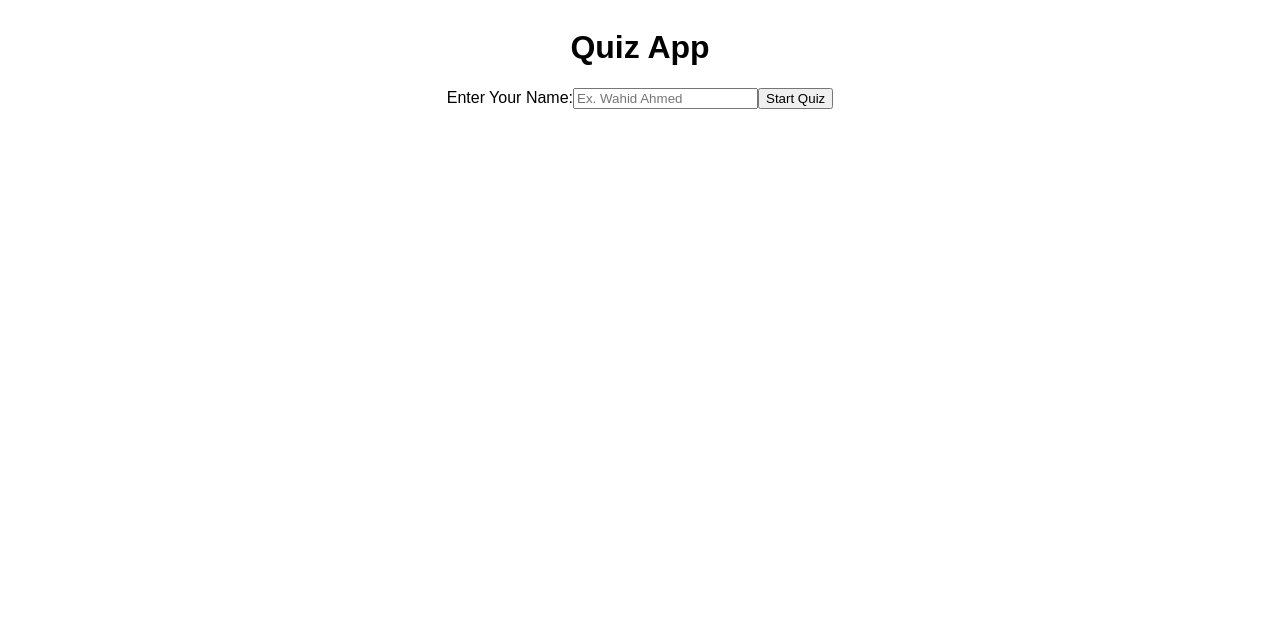
Repository: Wahid137/quiz-app
Page: /
The author's editor kept a copy of each file at every save. The page is drawn from the files as they stood at one save, then again after the next save.
The browser window is 1280 px wide. The pictures show the whole page.
The project was rebuilt for these pictures with package versions that can differ from the ones it lists, and the page was loaded fresh each time. Also part of the build but not shown: vite.config.js, src/components/Quiz.jsx, src/components/EndScreen.jsx, src/index.css.

Above is the page before, as saved 2023-09-17 01:46:44.

### src/App.jsx
import { useState } from "react";
import "./App.css";
import { GameStateContext } from "./helpers/Context";
import Menu from "./components/Menu";
import Quiz from "./components/Quiz";
import EndScreen from "./components/EndScreen";

function App() {
  const [gameState, setGameState] = useState("menu");
  const [userName, setUserName] = useState("");
  const [score, setScore] = useState(0);

  return (
    <div className="App">
      <h1>Quiz App</h1>
      <GameStateContext.Provider
        value={{
          gameState,
          setGameState,
          userName,
          setUserName,
          score,
          setScore,
        }}
      >
        {gameState === "menu" && <Menu />}
        {gameState === "playing" && <Quiz />}
        {gameState === "finished" && <EndScreen />}
      </GameStateContext.Provider>
    </div>
  );
}

export default App;

### src/App.css
.App{
  text-align: center;
  font-family: arial;
  display: flex;
  justify-content: center;
  align-items: center;
  flex-direction: column;
}

### src/components/Menu.jsx
import "../App.css";
import { useContext } from "react";
import { GameStateContext } from "../helpers/Context";

const Menu = () => {
  const { gameState, setGameState, userName, setUsername } =
    useContext(GameStateContext);

  return (
    <div className="Menu">
      <label>Enter Your Name:</label>
      <input
        type="text"
        placeholder="Ex. Wahid Ahmed"
        onChange={(event) => setUsername(event.target.value)}
      />
      <button onClick={() => setGameState("playing")}>Start Quiz</button>
    </div>
  );
};

export default Menu;

Loaded but not shown: index.html (common file); src/main.jsx (common file); src/helpers/Context.jsx (common file)

After the next save:
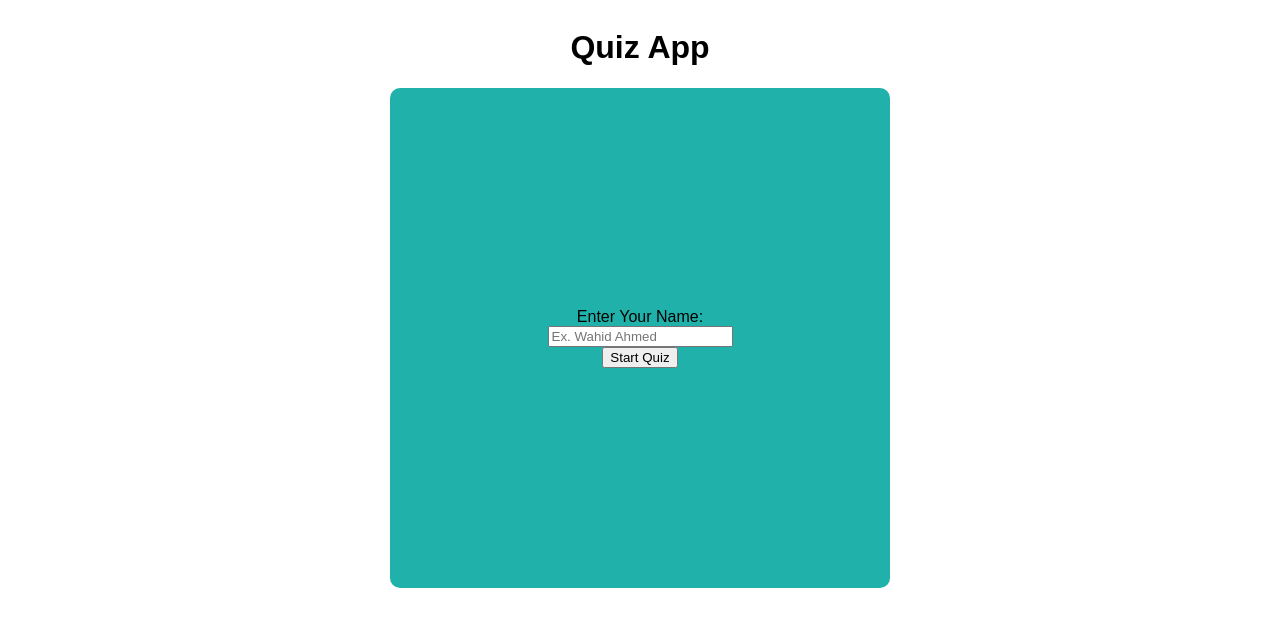
Saved 2 min 52 s later.
--- a/src/App.css
+++ b/src/App.css
@@ -6,3 +6,14 @@
   align-items: center;
   flex-direction: column;
 }
+
+.Menu{
+  width: 500px;
+  height: 500px;
+  border-radius: 10px;
+  background-color: lightseagreen;
+  display: flex;
+  flex-direction: column;
+  justify-content: center;
+  align-items: center;
+}
